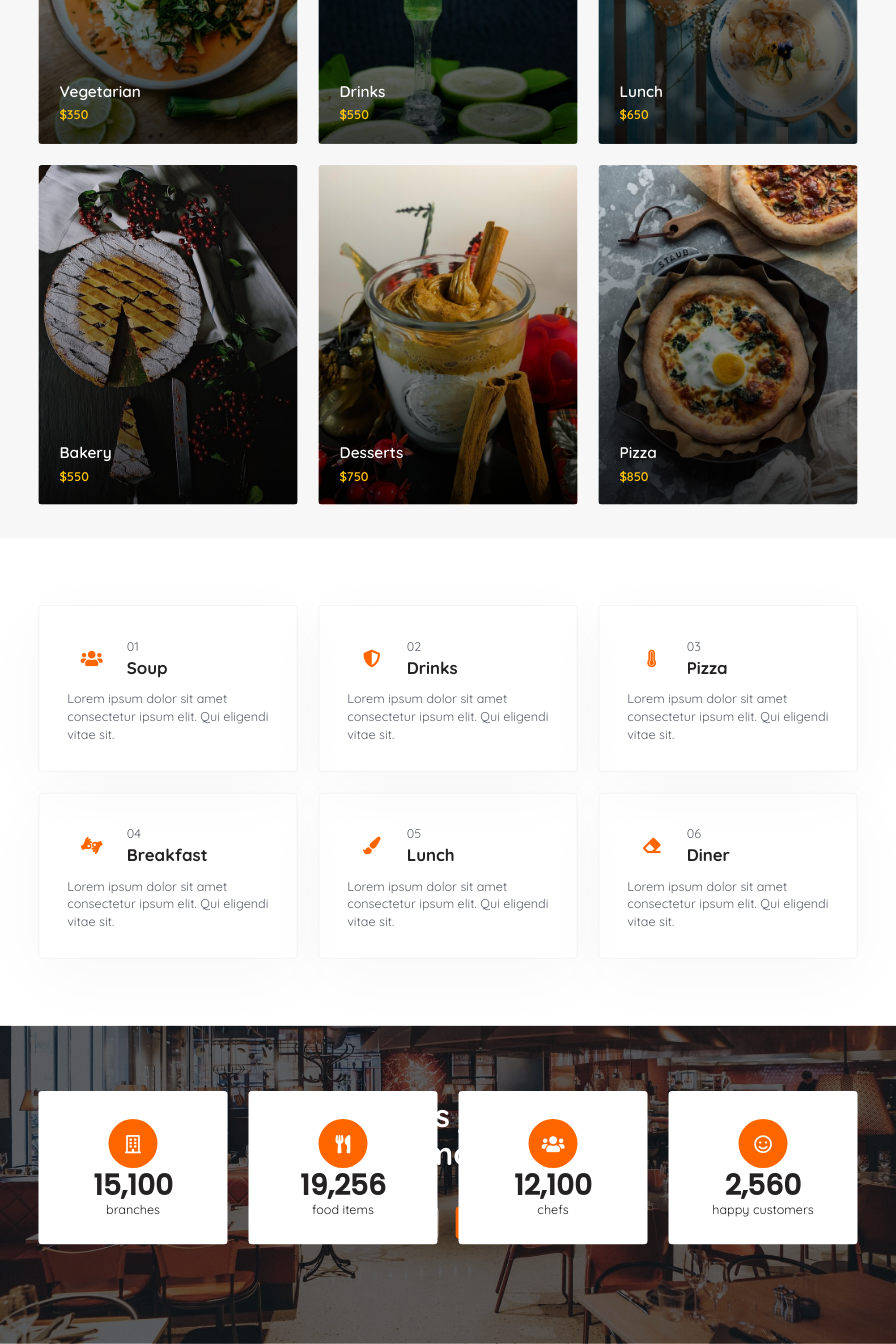
Repository: baobaodeveloper/bootscap21_project_AnhBao_VietToan_VietDuc
Page: index.html
The author's editor kept a copy of each file at every save. The page is drawn from the files as they stood at one save, then again after the next save.
The browser window is 1280 px wide. The pictures show the part of the page from y = 2031 to 3951 px (the page is 3951 px tall), at 70% of full size.
Backgrounds fixed to the window are drawn as part of the page.

Above is the page before, as saved 2022-03-04 09:16:05.

After the next save:
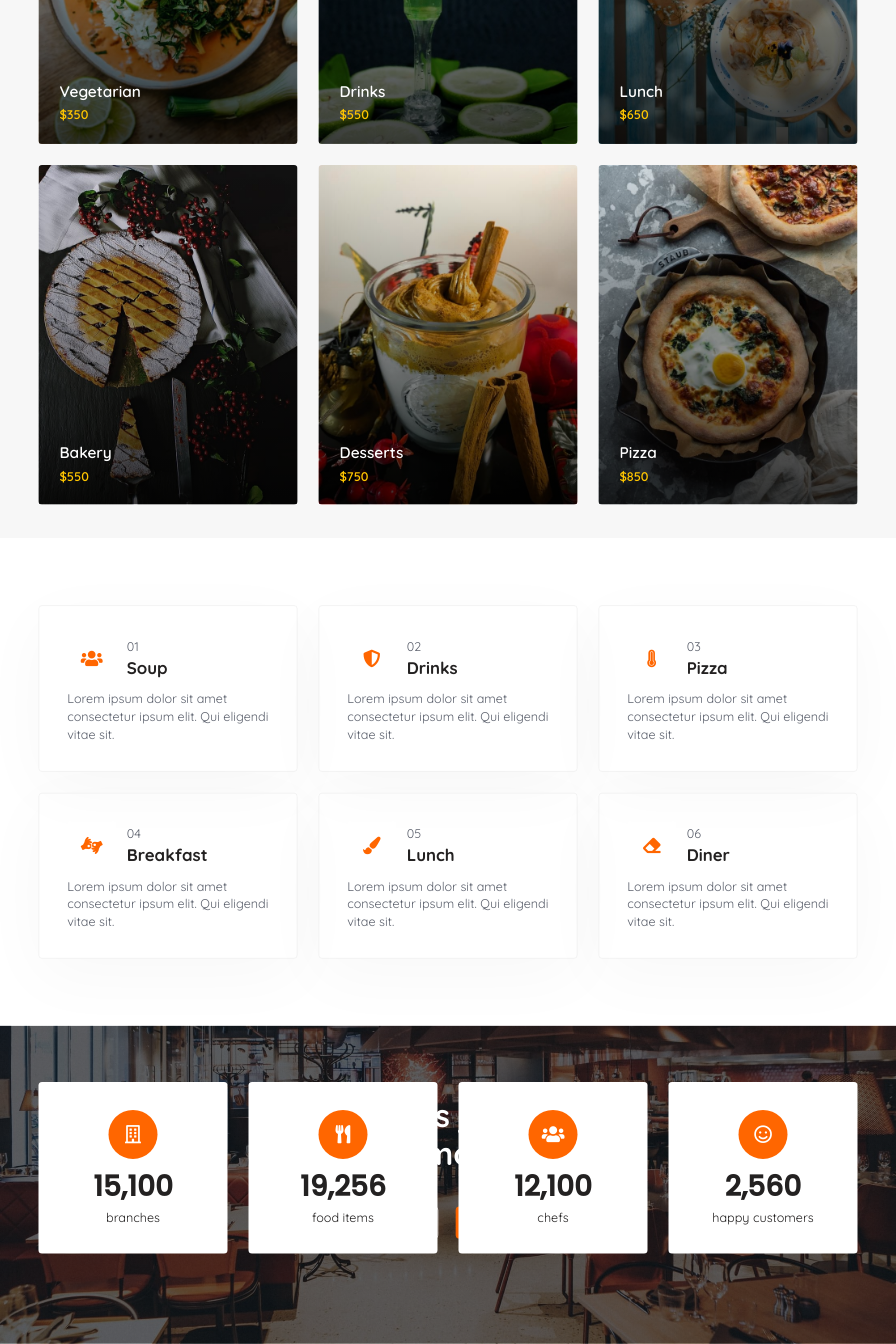
Saved 32 s later.
--- a/style.css
+++ b/style.css
@@ -612,6 +612,9 @@ body {
 }
 
 .count__number {
+  display: inline-block;
+  margin: 1.5rem 0 1rem;
+
   font-family: var(--third-font);
   font-size: 4rem;
   font-weight: bold;
